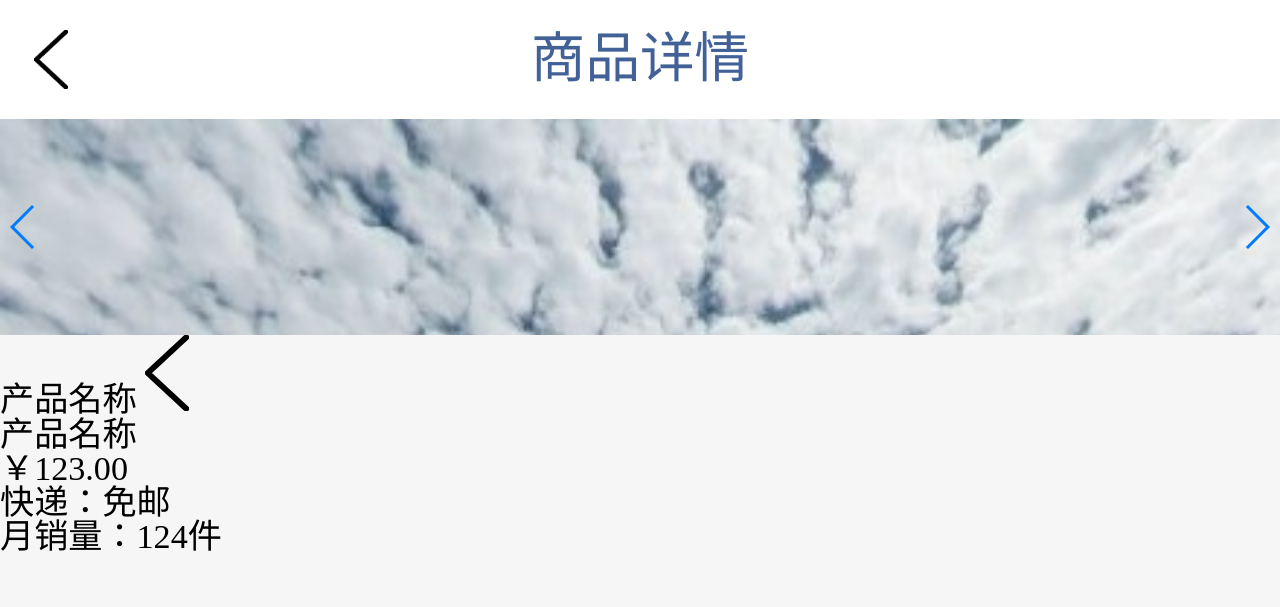
Repository: 421538074/sell
Page: consumer/goods-detail.html
The author's editor kept a copy of each file at every save. The page is drawn from the files as they stood at one save, then again after the next save.
The browser window is 1280 px wide. The pictures show the whole page.

Above is the page before, as saved 2019-05-30 10:32:41.

After the next save:
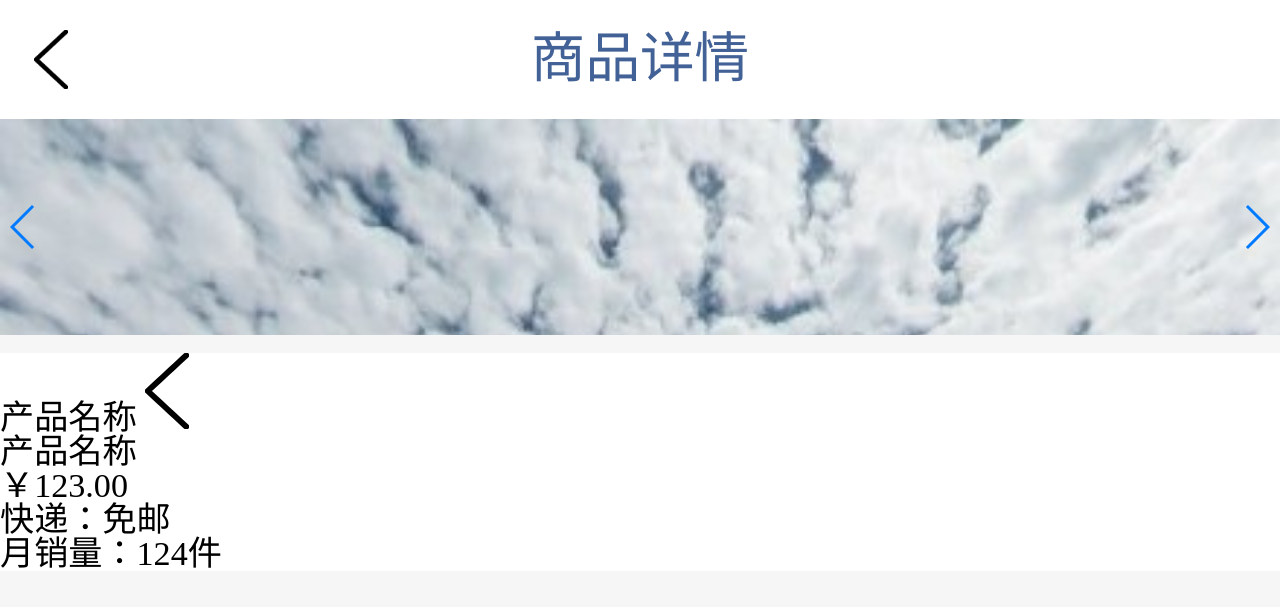
Saved 47 s later.
--- a/consumer/css/goods-detail.css
+++ b/consumer/css/goods-detail.css
@@ -10,3 +10,7 @@ img.slide-img{
 .swiper-button-prev, .swiper-container-rtl .swiper-button-next{
     outline: 0;
 }
+.goods-detail-wrapper {
+    margin-top: 0.5rem;
+    background: #ffffff;
+}
